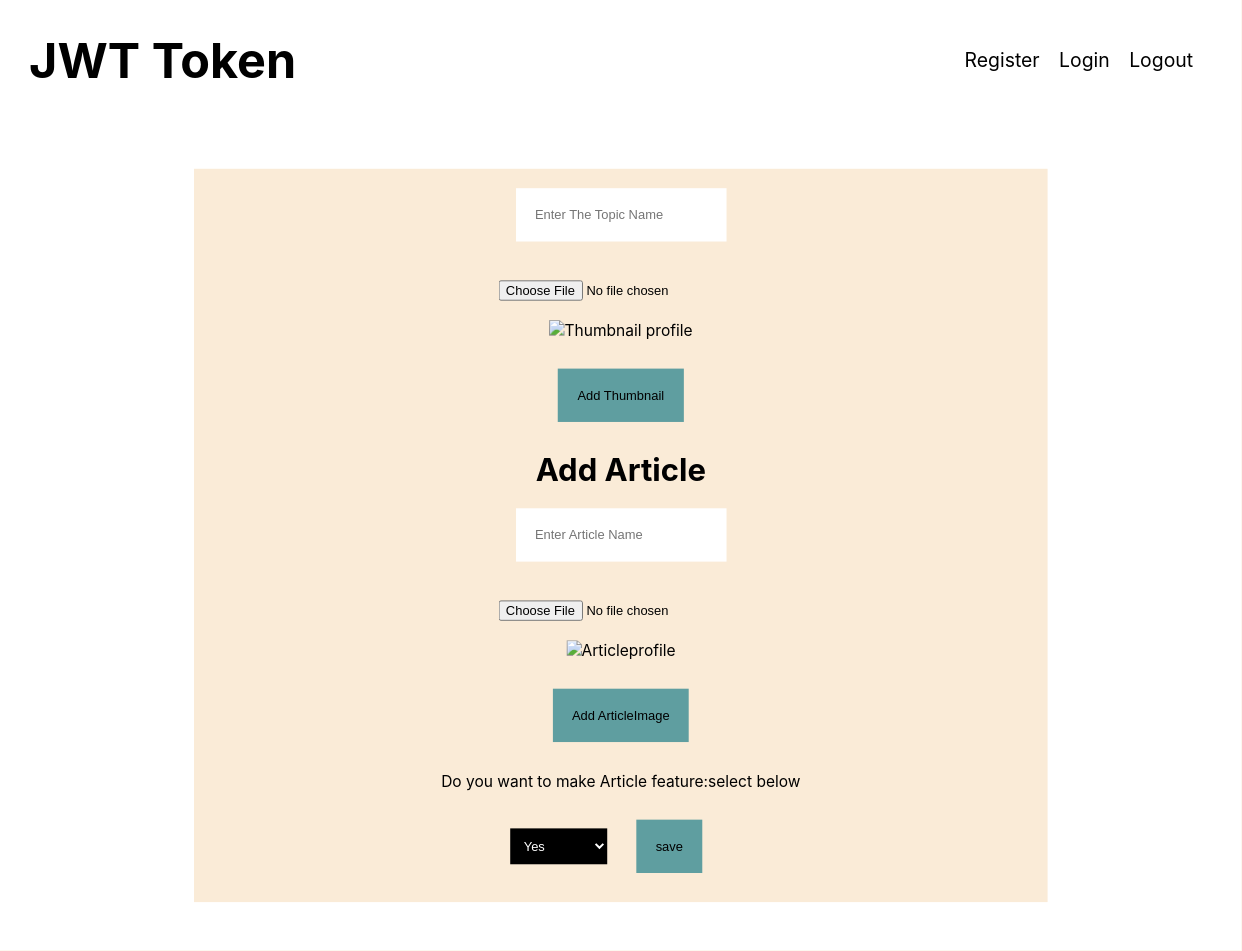
Repository: Prafullkuma/jwttoken
Page: /admin
The author's editor kept a copy of each file at every save. The page is drawn from the files as they stood at one save, then again after the next save.
The browser window is 1280 px wide. The pictures show the whole page, at 97% of full size.
The project was rebuilt for these pictures with package versions that can differ from the ones it lists, and the page was loaded fresh each time. Also part of the build but not shown: src/App.css, src/component/Auth/Signup.js, src/component/Auth/Signin.js, src/component/User/User.js, src/component/Home/Home.js, src/component/Auth/Logout.js.

Above is the page before, as saved 2020-08-22 22:12:04.

### src/App.js
import React from 'react';
import { BrowserRouter, Route } from 'react-router-dom'
import './App.css';
import Navbar from './component/Navbar'
import Signup from './component/Auth/Signup';
import Signin from './component/Auth/Signin';
import User from './component/User/User';
import Dashboard from './component/Admin/Dashboard';
import Home from './component/Home/Home';
import Logout from './component/Auth/Logout'
function App() {
  return (
    <div className="App">
      <BrowserRouter>
        <Navbar />
        <Route path="/signup" component={Signup} />
        <Route path="/signin" component={Signin} />
        <Route path="logout" component={Logout} />
        <Route path="/user" component={User} />
        <Route path="/admin" component={Dashboard} />
        <Route exact path="/" component={Home} />
      </BrowserRouter>
    </div>
  );
}

export default App;

### src/component/Navbar.js
import React from 'react'
import { Link } from 'react-router-dom'
import './Navbar.css'
function Navbar() {
    return (
        <div>
            <section className="Nav">
                <h1> <Link to="/">JWT Token</Link></h1>
                <nav className="navbar-items">
                    <ul>
                        <li><Link to="/signup">Register</Link></li>
                        <li><Link to="/signin">Login</Link></li>
                        <li><Link to="/">Logout</Link></li>
                    </ul>

                </nav>
            </section>
        </div>
    )
}

export default Navbar

### src/component/Admin/Dashboard.js
import React, { useState } from 'react'
import './Dashboard.css'
function Dashboard() {
    const [topic, setTopic] = useState('')
    const [thumbnail, setThumbnail] = useState()
    const [title, setTitle] = useState('')
    const [articleImage, setArticleImage] = useState('')
    const [feature, setFeature] = useState('')
    const [flag, setFlag] = useState(false)
    const addThumbnail = (e) => {
        console.log(e.target.file)
    }
    const addArticleImage = () => {

    }
    const saveAllData = () => {

    }
    return (
        <div className="Dashboard">
            <div className="Topic_name">
                <input type="text"
                    value={topic}
                    onChange={e => setTopic(e.target.value)}
                    placeholder="Enter The Topic Name" />
                <br />
                <input type="file"
                    value={thumbnail}
                    onChange={e => setThumbnail(e.target.value)} /><br />
                <img src="" alt="Thumbnail profile" /><br />
                <button onClick={addThumbnail}> Add Thumbnail</button>

            </div>
            <div className="ArticleName">
                <h1> Add Article</h1>
                <input type="text"
                    value={title}
                    placeholder="Enter Article Name"
                    onChange={e => setTitle(e.target.value)} />
                <br />
                <input type="file"
                    value={articleImage}
                    onChange={e => setArticleImage(e.target.value)} /><br />
                <img src="" alt="Articleprofile" /><br />
                <button onClick={addArticleImage}> Add ArticleImage</button><br />
                <span>Do you want to make Article feature:select below</span><br />
                <select value={feature} onChange={e => setFeature(e.target.value)}>
                    <option selected value={true}>Yes</option>
                    <option value={false}>No</option>
                </select>

                <button type="submit" onClick={saveAllData}> save</button>
            </div>

        </div>
    )
}

export default Dashboard

### src/component/Navbar.css
.Nav{
display: flex;
align-items: center;
justify-content: space-between;
padding: 30px;
}
ul,li{
    list-style: none;
    float: left;
    margin: 10px;
    font-size: 20px;
}
.Nav h1{
    font-size: 50px;
}
.Nav a{
    text-decoration: none;
    color:black
}
.navbar-items{
    display: flex;
}

### src/component/Admin/Dashboard.css
.Dashboard{
    margin-top: 50px;
    display: flex;
    flex-direction: column;
    margin: 50px 200px;
    background-color: antiquewhite;
    text-align: center;
}
.Dashboard input{
    border: none;
    padding: 20px;
    margin-top: 20px;
}
.Dashboard button{
    padding: 20px;
    margin: 30px;
    border: none;
    background-color: cadetblue;
    cursor: pointer;
}
.Dashboard select{
    padding: 10px;
    border: none;
    background-color: black;
    color:white;
    width:100px;
}

Loaded but not shown: src/index.js (common file); src/index.css (common file)

After the next save:
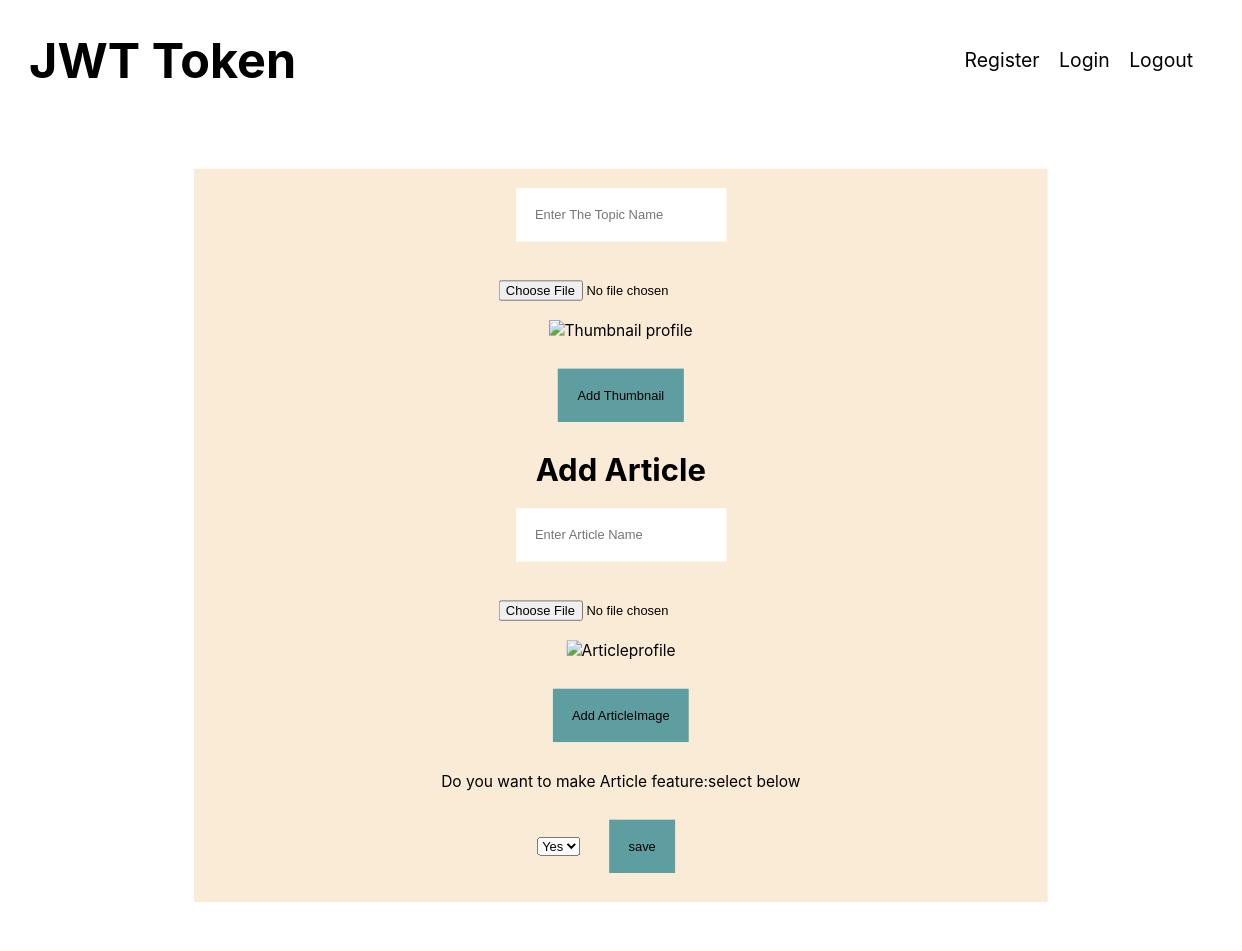
Saved 12 s later.
--- a/src/component/Admin/Dashboard.css
+++ b/src/component/Admin/Dashboard.css
@@ -18,6 +18,7 @@
     background-color: cadetblue;
     cursor: pointer;
 }
+.Dashboard
 .Dashboard select{
     padding: 10px;
     border: none;

After the save that followed:
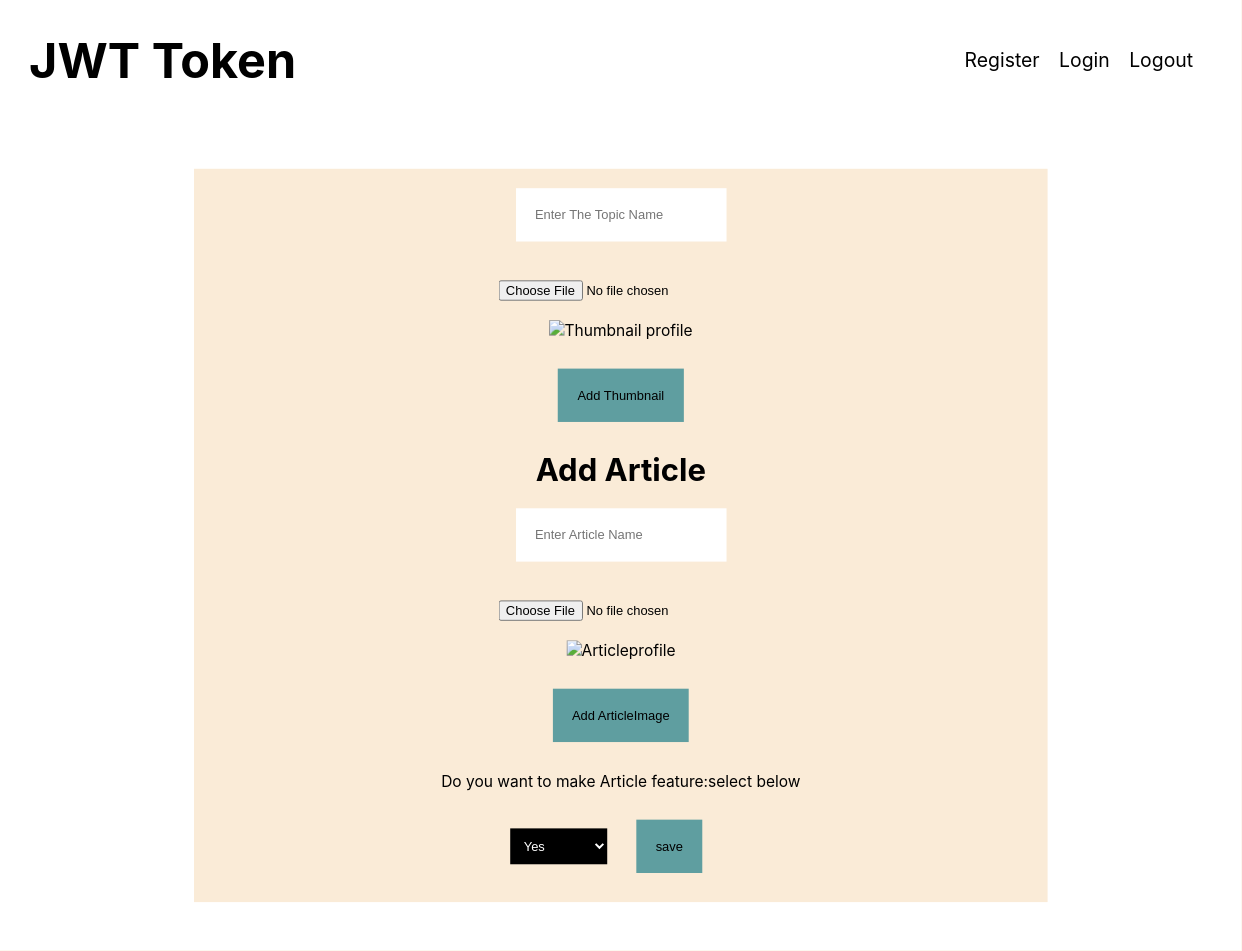
Saved 15 s later.
--- a/src/component/Admin/Dashboard.css
+++ b/src/component/Admin/Dashboard.css
@@ -18,7 +18,9 @@
     background-color: cadetblue;
     cursor: pointer;
 }
-.Dashboard
+.Dashboard span{
+
+}
 .Dashboard select{
     padding: 10px;
     border: none;
